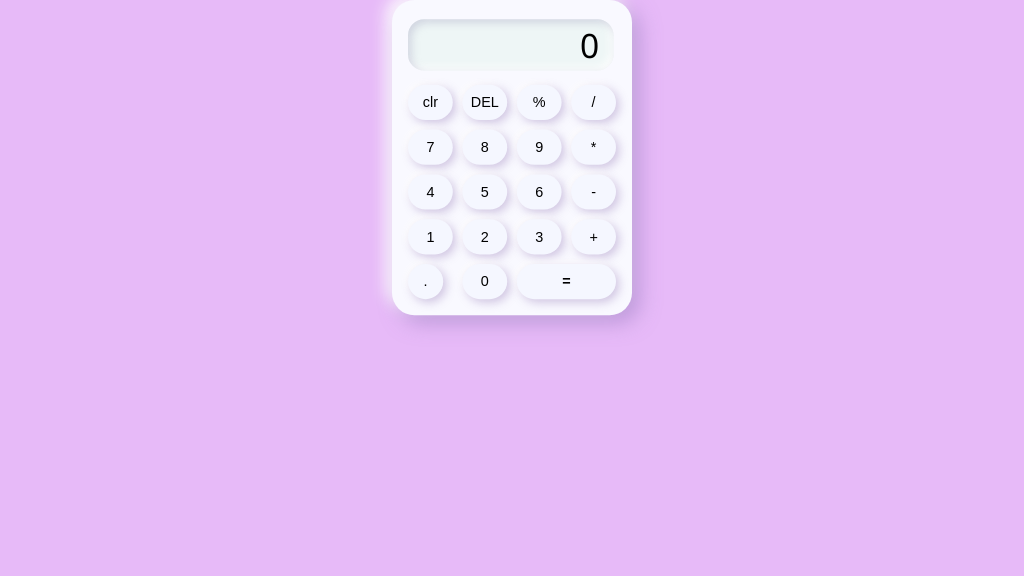
Repository: meti-guda/simple-calculator
Page: index.html
These files come from the project's save history. The page is drawn as it stood at one moment and after the next save; the edit follows.
The browser window is 1280 px wide. The pictures show the whole page, at 80% of full size.

Above is the page before, as saved 2025-12-11 12:38:33.

### index.html
<!DOCTYPE html>
<html lang="en">
  <head>
    <meta charset="UTF-8" />
    <title>Simple Calculator</title>
    <link rel="stylesheet" href="style.css" />
  </head>
  <body>
    <div class="contianer">
      <div class="calculator">
        <div class="display">
          <div class="expression" id="expression">0</div>
        </div>

        <div class="values">
          <button data-action="clear">clr</button>
          <button data-action="del">DEL</button>
          <button data-value="%">%</button>
          <button data-value="/">/</button>

          <button data-value="7">7</button>
          <button data-value="8">8</button>
          <button data-value="9">9</button>
          <button data-value="*">*</button>

          <button data-value="4">4</button>
          <button data-value="5">5</button>
          <button data-value="6">6</button>
          <button data-value="-">-</button>

          <button data-value="1">1</button>
          <button data-value="2">2</button>
          <button data-value="3">3</button>
          <button data-value="+">+</button>

          <button class="dot" data-value=".">.</button>
          <button data-value="0">0</button>
          <button class="equal" data-action="equals">=</button>
        </div>
      </div>
    </div>

    <script src="index.js"></script>
  </body>
</html>

### style.css
body {
  display: flex;
  align-items: center;
  justify-content: center;
  background-color: #e7baf8;
  font-family: "Segoe UI", system-ui, sans-serif;
  box-sizing: border-box;
  margin: 0;
  padding: 0;
}

.container {
  padding: 16px;
}

.calculator {
  width: 260px;
  padding: 24px 20px 20px;
  border-radius: 28px;
  background-color: #f9f9ff;
  box-shadow: 10px 10px 25px rgba(150, 121, 189, 0.5),
    -8px -8px 20px rgba(255, 255, 255, 0.95);
}

.display {
  width: 85%;
  height: 64px;
  border-radius: 20px;
  background-color: #eef6f6;
  box-shadow: inset 4px 4px 10px rgba(161, 161, 190, 0.4),
    inset -4px -4px 10px rgba(255, 255, 255, 0.9);
  display: flex;
  align-items: center;
  justify-content: flex-end;
  padding: 0 18px;
  margin-bottom: 18px;
  overflow: hidden;
}

.expression {
  font-size: 42px;
  color: #000;
  white-space: nowrap;
}

.values {
  display: grid;
  grid-template-columns: repeat(4, 1fr);
  grid-gap: 12px;
}

.values button {
  border: none;
  outline: none;
  height: 44px;
  border-radius: 999px;
  background-color: #f5f7ff;
  box-shadow: 4px 4px 12px rgba(157, 132, 188, 0.45),
    -3px -3px 9px rgba(255, 255, 255, 1);
  color: #000;
  font-size: 18px;
  cursor: pointer;
  transition: transform 0.08s ease, box-shadow 0.08s ease, background 0.1s;
}

.values button:active {
  transform: translateY(1px);
  box-shadow: inset 3px 3px 8px rgba(157, 132, 188, 0.45),
    inset -2px -2px 6px rgba(255, 255, 255, 1);
}
button:hover {
  background-color: #a170af;
  color: white;
}
.dot {
  justify-self: flex-start;
  width: 44px;
}

.equal {
  grid-column: span 2;
  font-weight: 600;
  box-shadow: 4px 4px 12px rgba(160, 100, 150, 0.6),
    -3px -3px 9px rgba(255, 255, 255, 1);
}

.equal:active {
  box-shadow: inset 3px 3px 8px rgba(160, 100, 150, 0.6),
    inset -2px -2px 6px rgba(255, 255, 255, 1);
}

### index.js
class Calculator {
  constructor() {
    this.displayValue = "0";
    this.previousValue = null;
    this.operation = null;
    this.shouldResetDisplay = false;

    // your display div has class="expression"
    this.displayElement = document.querySelector(".expression");

    this.setupEventListeners();
    this.updateDisplay();
  }

  setupEventListeners() {
    // number buttons: have data-value with 0–9 but NO data-action
    document.querySelectorAll(".values button").forEach((btn) => {
      const action = btn.dataset.action;
      const value = btn.dataset.value;

      if (!action && value !== undefined) {
        // treat as number or dot key
        if (value === ".") {
          btn.addEventListener("click", () => this.handleDecimal());
        } else {
          btn.addEventListener("click", () => this.handleNumber(value));
        }
      } else if (action) {
        // action keys
        if (action === "equals") {
          btn.addEventListener("click", () => this.handleEquals());
        } else if (action === "clear") {
          btn.addEventListener("click", () => this.handleClear());
        } else if (action === "del") {
          btn.addEventListener("click", () => this.handleDelete());
        }
      }

      // operator keys have data-value of + - * / %
      if (["+", "-", "*", "/", "%"].includes(value)) {
        btn.addEventListener("click", () => this.handleOperator(value));
      }
    });

    // keyboard support
    document.addEventListener("keydown", (e) => this.handleKeyboard(e));
  }

  handleNumber(num) {
    if (this.shouldResetDisplay) {
      this.displayValue = num;
      this.shouldResetDisplay = false;
    } else {
      this.displayValue =
        this.displayValue === "0" ? num : this.displayValue + num;
    }
    this.updateDisplay();
  }

  handleDecimal() {
    if (this.shouldResetDisplay) {
      this.displayValue = "0.";
      this.shouldResetDisplay = false;
    } else if (!this.displayValue.includes(".")) {
      this.displayValue += ".";
    }
    this.updateDisplay();
  }

  handleOperator(op) {
    const current = parseFloat(this.displayValue);

    if (this.previousValue === null) {
      this.previousValue = current;
    } else if (this.operation) {
      const result = this.calculate(
        this.previousValue,
        current,
        this.operation
      );
      this.displayValue = this.formatResult(result);
      this.previousValue = result;
      this.updateDisplay();
    }

    this.operation = op;
    this.shouldResetDisplay = true;
  }

  handleEquals() {
    if (this.operation === null || this.previousValue === null) {
      return;
    }

    const current = parseFloat(this.displayValue);
    const result = this.calculate(this.previousValue, current, this.operation);
    this.displayValue = this.formatResult(result);
    this.previousValue = null;
    this.operation = null;
    this.shouldResetDisplay = true;
    this.updateDisplay();
  }

  handleClear() {
    this.displayValue = "0";
    this.previousValue = null;
    this.operation = null;
    this.shouldResetDisplay = false;
    this.updateDisplay();
  }

  handleDelete() {
    if (this.displayValue === "0" || this.shouldResetDisplay) {
      return;
    }
    this.displayValue = this.displayValue.slice(0, -1) || "0";
    this.updateDisplay();
  }

  calculate(prev, current, op) {
    switch (op) {
      case "+":
        return prev + current;
      case "-":
        return prev - current;
      case "*":
        return prev * current;
      case "/":
        return current !== 0 ? prev / current : 0;
      case "%":
        return prev % current;
      default:
        return current;
    }
  }

  formatResult(num) {
    return parseFloat(num.toFixed(10)).toString();
  }

  handleKeyboard(e) {
    if (e.key >= "0" && e.key <= "9") this.handleNumber(e.key);
    if (e.key === ".") this.handleDecimal();
    if (["+", "-", "*", "/", "%"].includes(e.key)) {
      e.preventDefault();
      this.handleOperator(e.key);
    }
    if (e.key === "Enter" || e.key === "=") {
      e.preventDefault();
      this.handleEquals();
    }
    if (e.key === "Backspace") {
      e.preventDefault();
      this.handleDelete();
    }
    if (e.key === "Escape") {
      e.preventDefault();
      this.handleClear();
    }
  }

  updateDisplay() {
    this.displayElement.textContent = this.displayValue;
  }
}

// create calculator once DOM is loaded
document.addEventListener("DOMContentLoaded", () => {
  new Calculator();
});

After the next save:
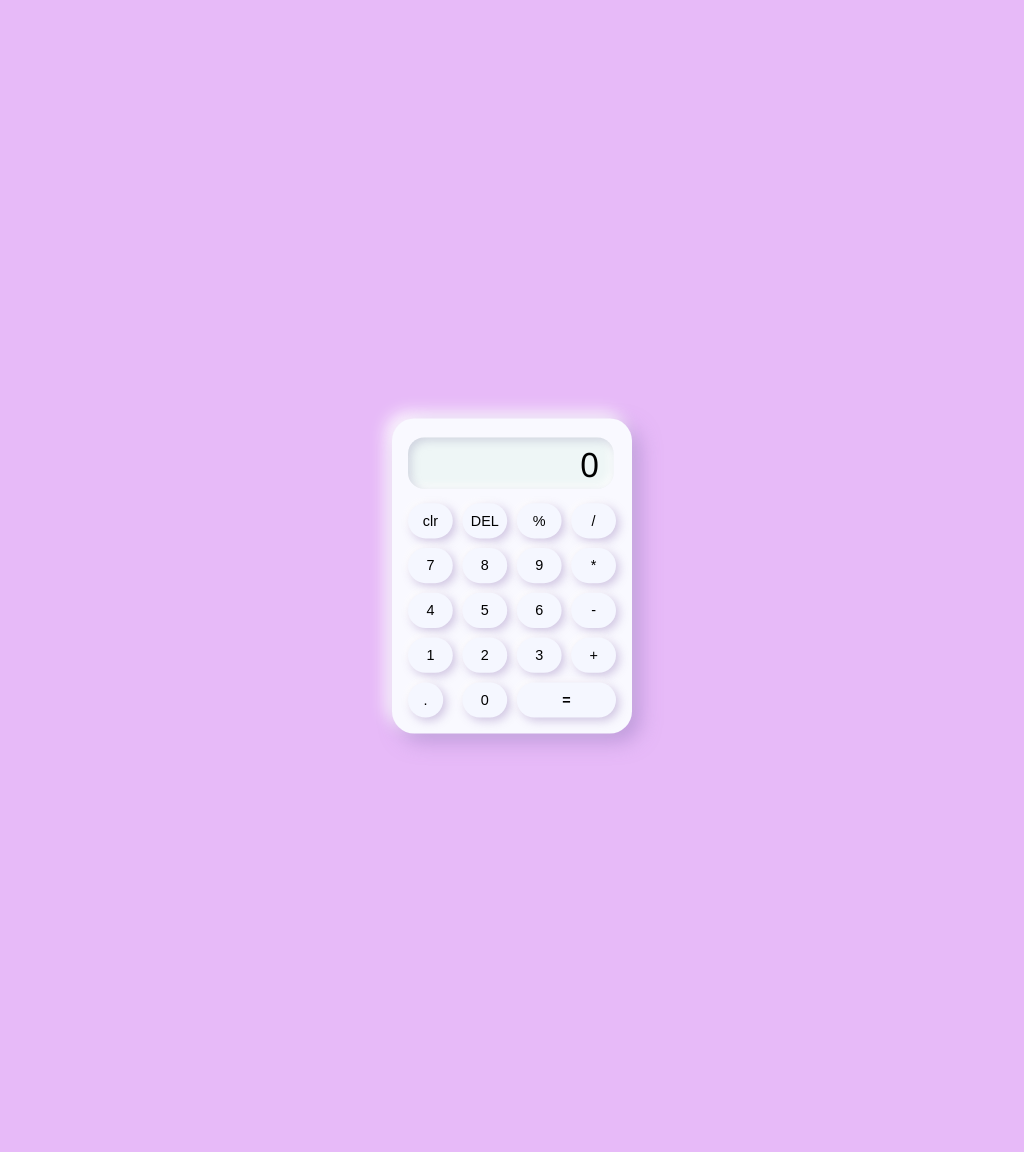
Saved 37 s later.
--- a/style.css
+++ b/style.css
@@ -1,4 +1,5 @@
 body {
+  height: 200vh;
   display: flex;
   align-items: center;
   justify-content: center;
